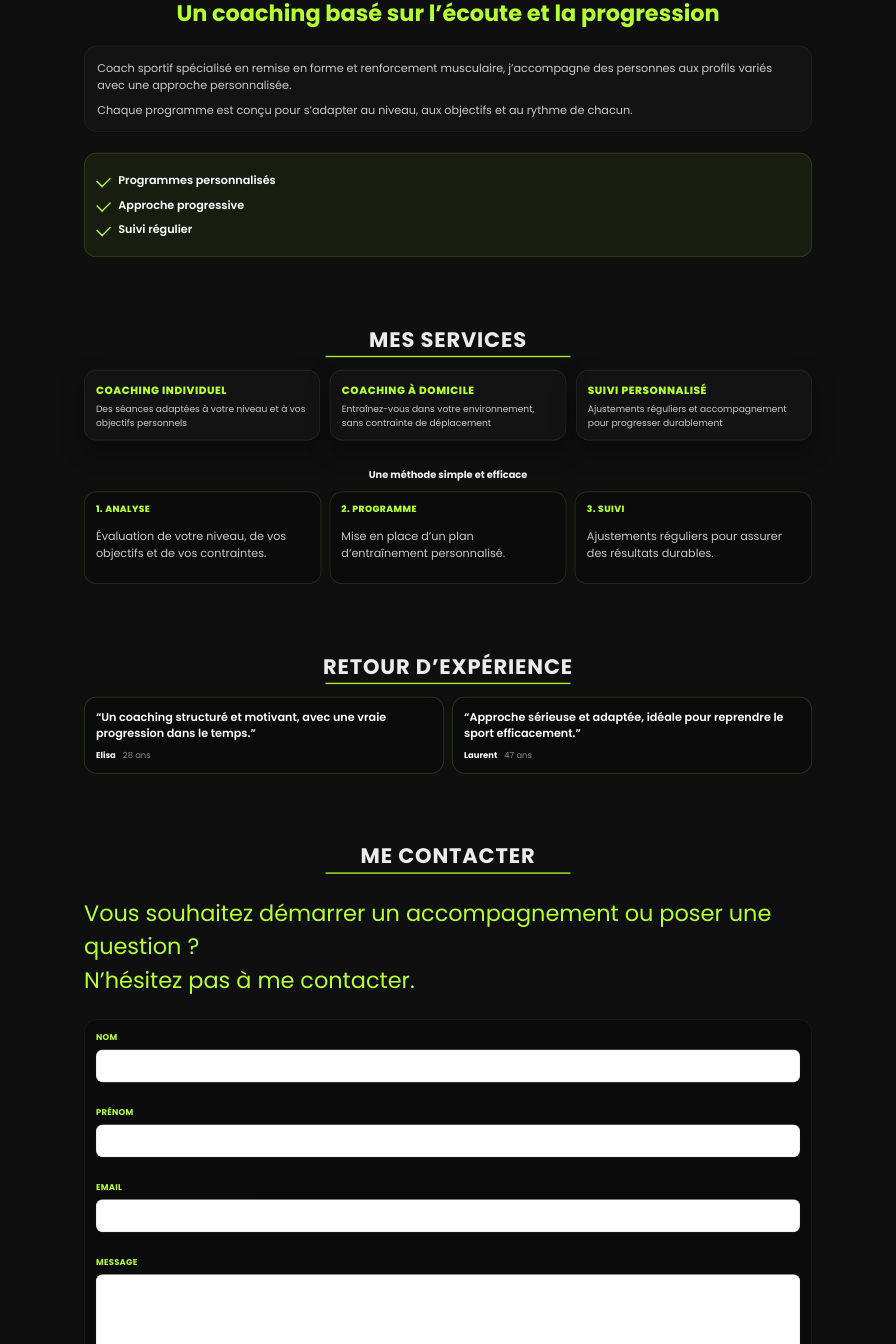
Repository: ThomasHdrd/CoachFitness
Page: index.html
The author's editor kept a copy of each file at every save. The page is drawn from the files as they stood at one save, then again after the next save.
The browser window is 1280 px wide. The pictures show the part of the page from y = 616 to 2536 px (the page is 3282 px tall before and 3212 px after), at 70% of full size.

Above is the page before, as saved 2026-01-20 22:14:32.

After the next save:
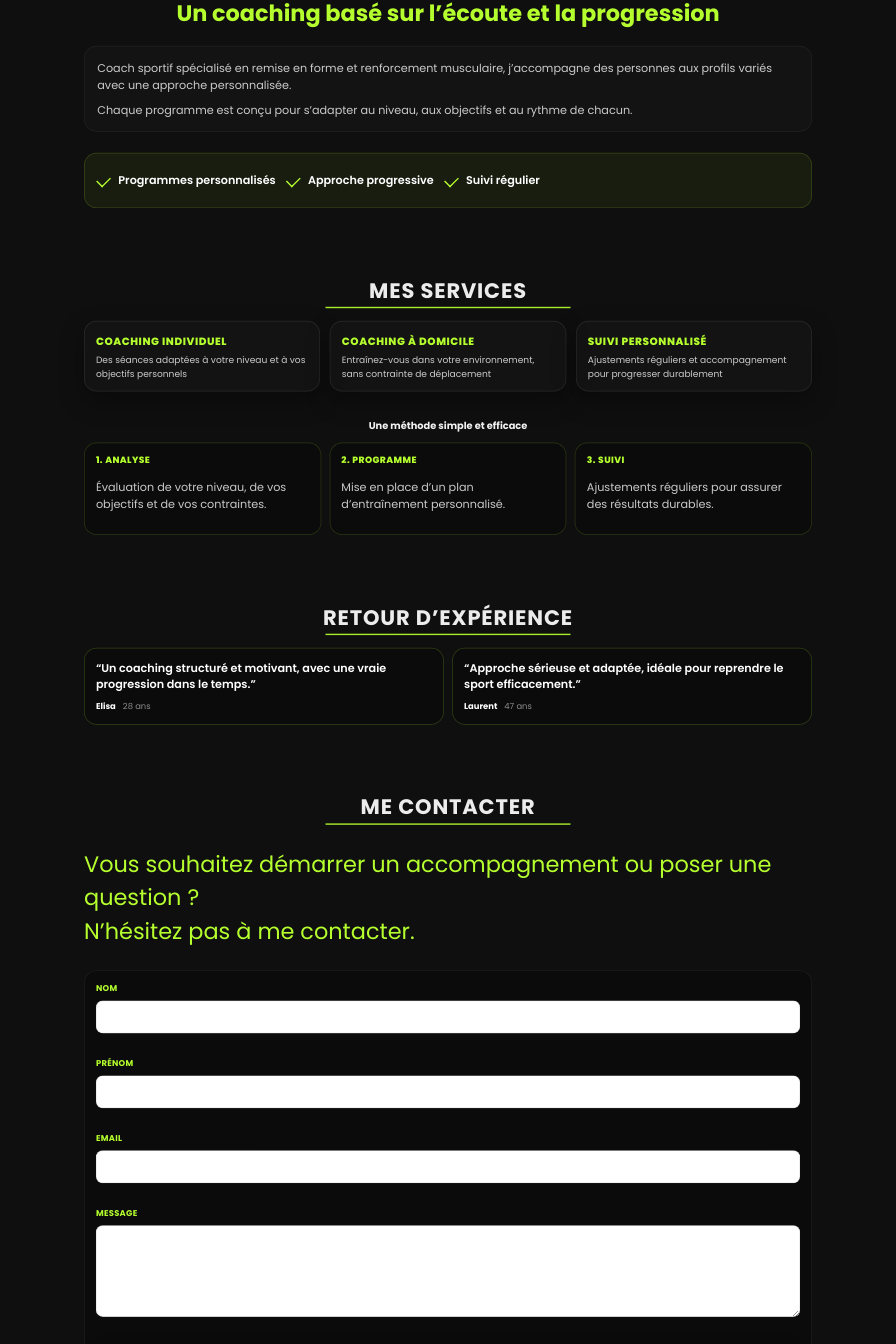
Saved 20 s later.
--- a/styles.css
+++ b/styles.css
@@ -248,12 +248,15 @@ body{
 .about-text p:last-child{ margin-bottom: 0; }
 
 .checks{
-  list-style:none;
-  margin:0;
+  list-style: none;
+  margin: 0;
   padding: 16px 18px;
   border-radius: var(--radius-lg);
   border: 1px solid rgba(182,255,46,.20);
   background: rgba(182,255,46,.06);
+  display: flex;
+  flex-wrap: wrap;
+  gap: 16px;
 }
 .checks li{
   position: relative;
